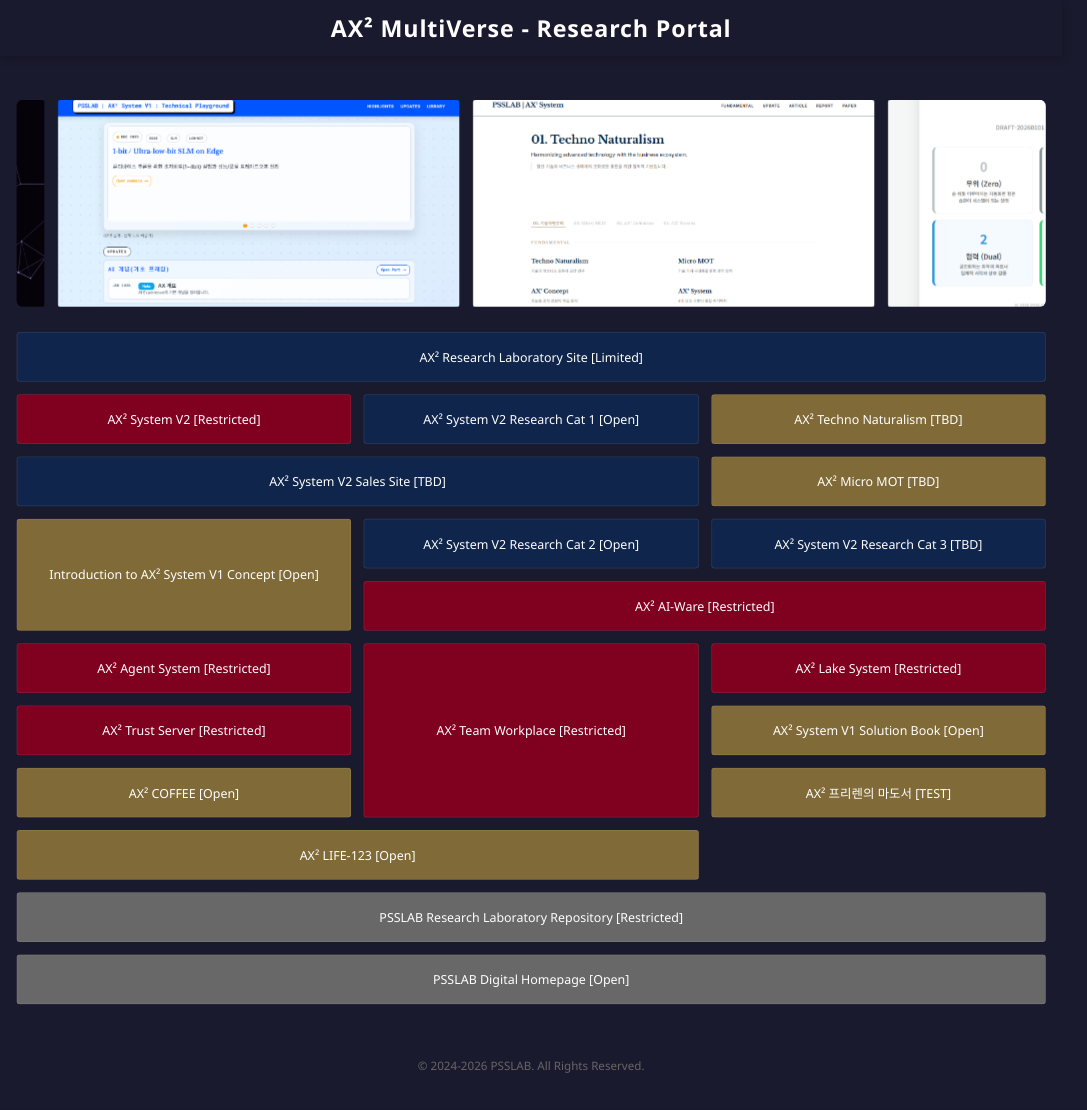
Repository: hycse89/PSSLAB_OpenSite
Page: psslab_multiverse_v3.html
These files come from the project's save history. The page is drawn as it stood at one moment and after the next save; the edit follows.
The browser window is 1280 px wide. The page is 1310 px wide, so the pictures cover 1310 px, including what lies to the right of the window. The pictures show the whole page, at 83% of full size.

Above is the page before, as saved 2026-01-11 21:47:44.

After the next save:
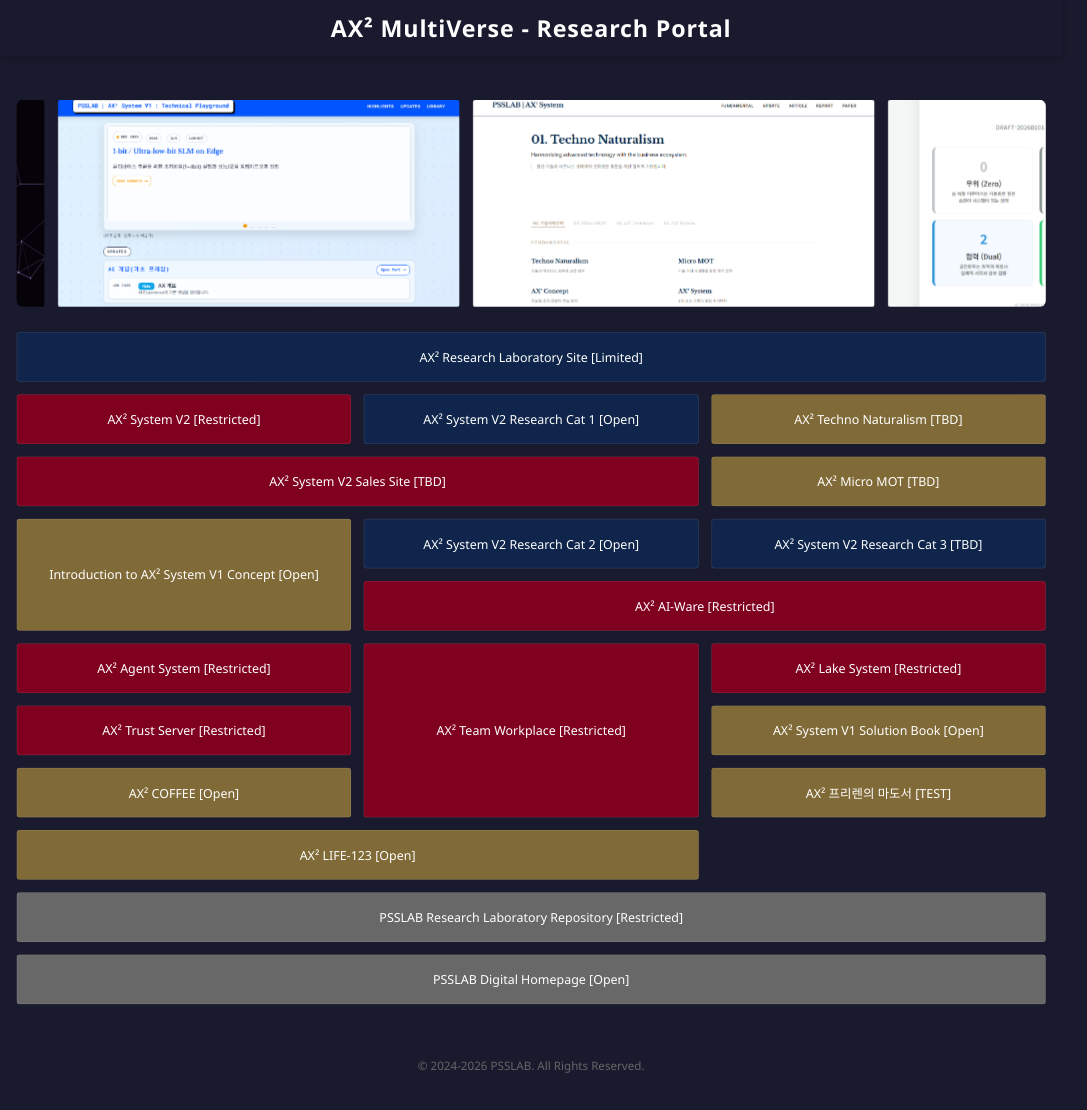
Saved 33 s later.
--- a/psslab_multiverse_v3.html
+++ b/psslab_multiverse_v3.html
@@ -189,7 +189,7 @@
             <a href="http://localhost:8008" class="link-button color-2 h-1">AX² System V2 [Restricted]</a>
             <a href="ax2_v1_20260101/index.html" class="link-button color-1 h-1">AX² System V2 Research Cat 1 [Open]</a>
 
-            <a href="ax2_sales/index.html" class="link-button color-1 w-2 h-1">AX² System V2 Sales Site [TBD]</a>
+            <a href="ax2_sales/index.html" class="link-button color-2 w-2 h-1">AX² System V2 Sales Site [TBD]</a>
 
             <a href="http://localhost:8001/utils/markdown_viewer.html?file=/ax_research/doc/doc_ax_techno_naturalism_v5.md" class="link-button color-3 h-1">AX² Techno Naturalism [TBD]</a>
             <a href="http://localhost:8001/utils/markdown_viewer.html?file=/ax_research/doc/doc_ax_micro_mot_v2.md" class="link-button color-3 h-1">AX² Micro MOT [TBD]</a>
